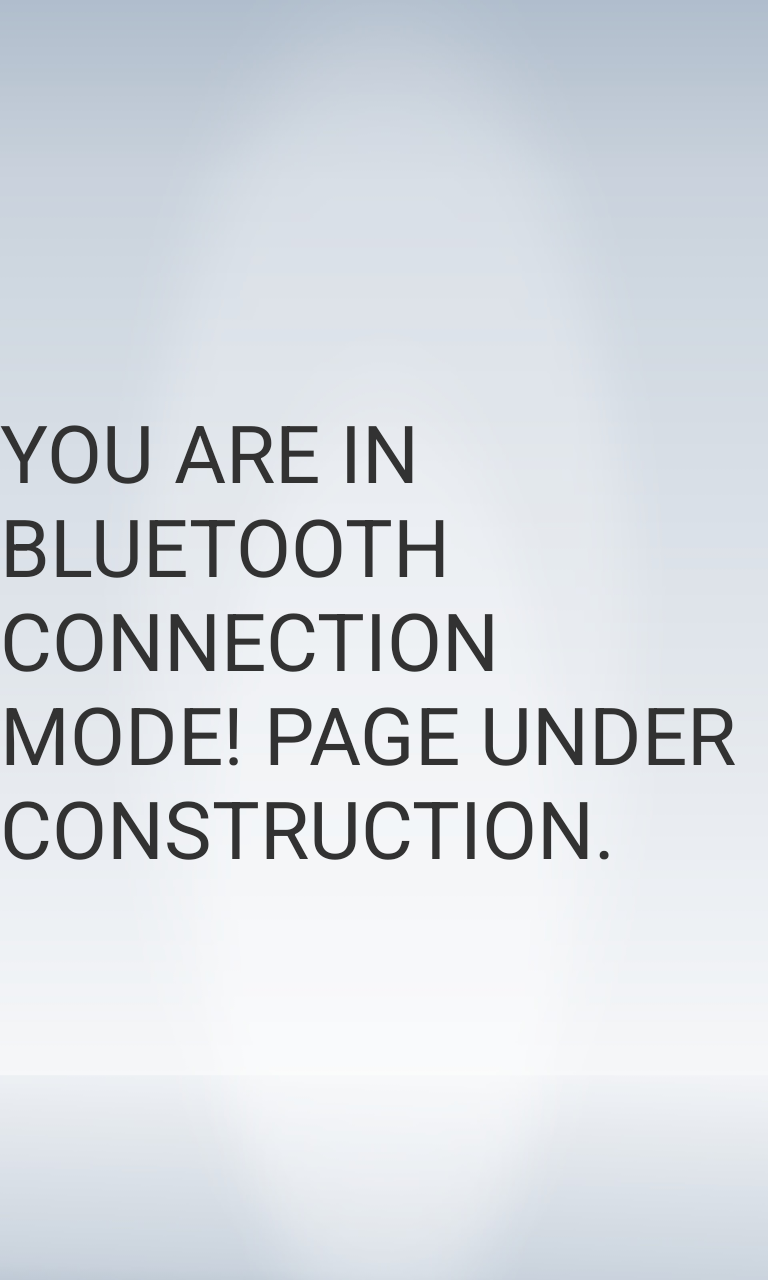
Repository: neha01mittal/AndroidGameController
Layout: AndroidTCPComm/AndroidGameController/GameControllerDataTransfer/res/layout/activity_bluetooth.xml
An editor plug-in stored every save of this project. The layout is shown before and after the next save, followed by the edit.
It is drawn on a 768 x 1280 px phone screen (xhdpi) without system bars, with theme AppTheme; the app's code is not run.

Above is the layout before, as saved 2013-12-12 09:43:27.

### AndroidTCPComm/AndroidGameController/GameControllerDataTransfer/res/layout/activity_bluetooth.xml
<?xml version="1.0" encoding="utf-8"?>
<LinearLayout xmlns:android="http://schemas.android.com/apk/res/android"
    android:layout_width="fill_parent"
    android:layout_height="fill_parent"
    android:background="@drawable/background1"
    android:gravity="center_vertical"
    android:orientation="vertical" >

            <TextView
            android:layout_width="wrap_content"
            android:layout_height="wrap_content"
            android:layout_gravity="center"
            android:text="YOU ARE IN BLUETOOTH CONNECTION MODE! PAGE UNDER CONSTRUCTION."
            android:textSize="40sp" />
</LinearLayout>

Loaded but not shown: AndroidTCPComm/AndroidGameController/GameControllerDataTransfer/res/values/styles.xml (common file); AndroidTCPComm/AndroidGameController/GameControllerDataTransfer/res/values-v11/styles.xml (common file); AndroidTCPComm/AndroidGameController/GameControllerDataTransfer/res/values-v14/styles.xml (common file)

After the next save:
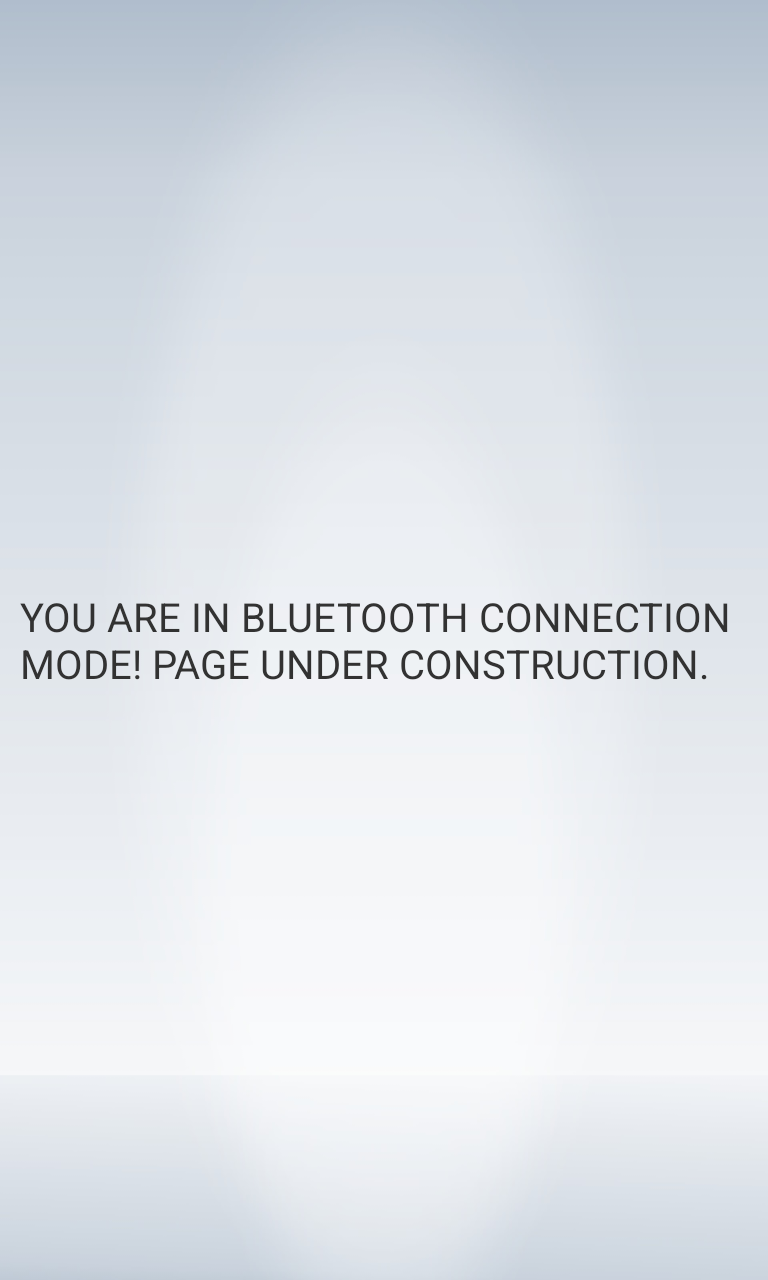
Saved 35 s later.
--- a/AndroidTCPComm/AndroidGameController/GameControllerDataTransfer/res/layout/activity_bluetooth.xml
+++ b/AndroidTCPComm/AndroidGameController/GameControllerDataTransfer/res/layout/activity_bluetooth.xml
@@ -10,6 +10,7 @@
             android:layout_width="wrap_content"
             android:layout_height="wrap_content"
             android:layout_gravity="center"
+            android:padding="10dp"
             android:text="YOU ARE IN BLUETOOTH CONNECTION MODE! PAGE UNDER CONSTRUCTION."
-            android:textSize="40sp" />
+            android:textSize="20sp" />
 </LinearLayout>
